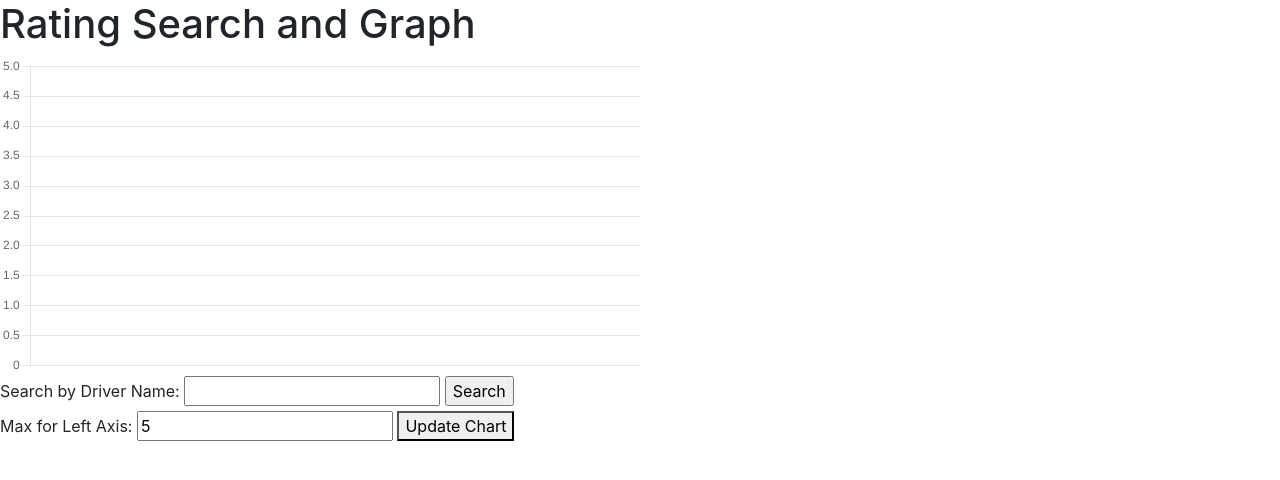
Repository: adrcstro/TrackingManagement
Page: http://localhost/tcpdf/Loginsystem/fetchdata.php
An editor plug-in stored every save of this project. The page is shown before and after the next save, followed by the edit.
The browser window is 1280 px wide. The pictures show the whole page.
Some web libraries are served in a nearby version. The page is run by PHP 8.4 with error messages shown; the project is at /var/www/html/. Queries for data that is not in the repository find no rows.

Above is the page before, as saved 2023-11-24 18:30:49.
Console error: TypeError: Cannot read properties of null (reading 'addEventListener')

### Loginsystem/fetchdata.php
<!DOCTYPE html>
<html lang="en">
<head>
    <meta charset="UTF-8">
    <meta name="viewport" content="width=device-width, initial-scale=1.0">
    <link href="https://maxcdn.bootstrapcdn.com/bootstrap/4.5.2/css/bootstrap.min.css" rel="stylesheet">
    <link href="https://cdnjs.cloudflare.com/ajax/libs/font-awesome/5.15.1/css/all.min.css" rel="stylesheet"> <!-- Font Awesome -->
    <script src="https://cdn.jsdelivr.net/npm/chart.js"></script>

    <style>
        .card {
            transition: transform 0.3s;
            position: relative;
            box-shadow: 0 4px 8px rgba(0, 0, 0, 0.1);
            height: 100%;
        }

        .card:hover {
            transform: scale(1.05);
            box-shadow: 0 8px 16px rgba(0, 0, 0, 0.2);
        }

        .card-img-top {
            object-fit: cover;
            height: 250px;
            width: 100%;
        }

        .card-body {
            padding-bottom: 40px; /* Adjust padding to accommodate the button */
        }

        .card-title {
            height: -3rem; /* Limit the height of the title */
            overflow: hidden;
        }

        .card-text {
            max-height: 6rem; /* Limit the height of the description */
            overflow: hidden;
        }

        .read-more-modal {
            max-width: 800px; /* Adjust the width of the modal */
        }
    </style>
    <title>News and Events</title>
</head>
<body>


<h1>Rating Search and Graph</h1>
<div style="width: 50%;">
    <canvas id="myChart"></canvas>
</div>

<form method="post" action="">
    <label for="search">Search by Driver Name:</label>
    <input type="text" name="search" id="search">
    <input type="submit" value="Search">

</form>



<!-- Input field for max value of left axis -->
<label for="maxLeft">Max for Left Axis:</label>
<input type="number" name="maxLeft" id="maxLeft" value="5">

<button onclick="updateChart()">Update Chart</button>


<?php
// Connect to your database
$servername = "localhost"; // Replace with your server name
$username = "root"; // Replace with your username
$password = ""; // Replace with your password
$dbname = "plate-to-place-v-tracking";

$conn = new mysqli($servername, $username, $password, $dbname);

// Check connection
if ($conn->connect_error) {
    die("Connection failed: " . $conn->connect_error);
}

// Function to fetch data from the rating table based on the search term
function fetchData($conn, $searchTerm) {
    $sql = "SELECT DriverName, Rate FROM rating WHERE DriverName LIKE '%$searchTerm%'";
    $result = $conn->query($sql);

    $data = array();
    if ($result->num_rows > 0) {
        while ($row = $result->fetch_assoc()) {
            $data[] = $row;
        }
    }

    return $data;
}

// Process search form submission
if ($_SERVER["REQUEST_METHOD"] == "POST") {
    $searchTerm = $_POST["search"];
    $data = fetchData($conn, $searchTerm);
} else {
    // If no search term, initialize with an empty array
    $data = array();
}

// Close the database connection
$conn->close();
?>

<script>
// Prepare data for Chart.js
var data = <?php echo json_encode($data); ?>;

// Create an object to count the occurrences of each rating for each driverName
var ratingCounts = {};

data.forEach(function(item) {
    var driverName = item.DriverName;
    var rate = item.Rate;

    // Initialize the count for the driverName if not already present
    if (!ratingCounts[driverName]) {
        ratingCounts[driverName] = [0, 0, 0, 0, 0]; // Index 0 represents rating 1, index 4 represents rating 5
    }

    // Increment the count for the corresponding rating
    ratingCounts[driverName][rate - 1]++;
});

// Prepare labels and data for the chart
var labels = Object.keys(ratingCounts);
var datasets = [];

// Iterate through each driverName and create a dataset for the bar graph
labels.forEach(function(driverName) {
    var counts = ratingCounts[driverName];

    datasets.push({
        label: driverName,
        data: counts,
        backgroundColor: getRandomColor(), // Function to get a random color for each driverName
        borderColor: 'rgba(75, 192, 192, 1)',
        borderWidth: 1
    });
});

// Default max value for left axis
var maxLeft = 5;

// Declare myChart outside the function
var myChart;

// Draw the initial bar chart
drawChart();

// Function to draw or update the bar chart
function drawChart() {
    var ctx = document.getElementById('myChart').getContext('2d');
    myChart = new Chart(ctx, {
        type: 'bar',
        data: {
            labels: ['Unsatisfactory/Very Poor', 'Poor', 'Satisfactory/Fair', 'Good', 'Excellent'], // Ratings 1 to 5
            datasets: datasets
        },
        options: {
            scales: {
                y: {
                    beginAtZero: true,
                    stepSize: 1,
                    max: maxLeft
                }
            }
        }
    });
}

// Function to generate a random color
function getRandomColor() {
    var letters = '0123456789ABCDEF';
    var color = '#';
    for (var i = 0; i < 6; i++) {
        color += letters[Math.floor(Math.random() * 16)];
    }
    return color;
}

// Function to update the chart based on user input
function updateChart() {
    // Get value from input field
    maxLeft = parseInt(document.getElementById('maxLeft').value);

    // Destroy the existing chart and redraw with updated options
    myChart.destroy();
    drawChart();
}
</script>









<div class="container mt-5 mb-5">
    <div class="row">
    <?php
        // Replace these with your actual database connection details
        $host = "localhost";
        $username = "root";
        $password = "";
        $database = "plate-to-place-v-tracking";

        // Create a database connection
        $your_db_connection = mysqli_connect($host, $username, $password, $database);

        // Check the connection
        if (!$your_db_connection) {
            die("Connection failed: " . mysqli_connect_error());
        }

        // Fetch data from the "newsandevents" table
        $query = "SELECT id, Username, Age, Password, PermittoOperate,PhoneNumber,HomeAddress FROM driverstbl";
        $result = mysqli_query($your_db_connection, $query);

        // Check if the query was successful
        if ($result) {
            // Fetch data row by row
            while ($row = mysqli_fetch_assoc($result)) {
                $drivername = $row['Username'];
                $ViehicleNumber = $row['Age'];
                $PlateNumber = $row['Password'];
                $image = $row['PermittoOperate'];
                $phone = $row['PhoneNumber'];
                $home = $row['HomeAddress'];

                // Display data in Bootstrap cards
                echo '<div class="col-md-4 mb-5">';
                echo '<div class="card">';
                echo '<img src="uploads/' . $image . '" class="card-img-top" alt="Card Image">';
                echo '<div class="card-body text-center">';

                // Displaying the driver information
                // Existing code

echo '<h6 class="card-title">Drivers Name: <span style="font-weight:normal;">' . $drivername . '</span></h6>';
echo '<h6 class="card-title">Vehicle Number: <span style="font-weight:normal;">' . $ViehicleNumber . '</span></h6>';
echo '<h6 class="card-title">Plate Number: <span style="font-weight:normal;">' . $PlateNumber . '</span></h6>';
echo '<h6 class="card-title">Phone Number: <span style="font-weight:normal;">' . $phone . '</span></h6>';
echo '<h6 class="card-title">Home Address: <span style="font-weight:normal;">' . $home . '</span></h6>';
                echo '</div>';
                echo '</div>';
                echo '</div>';
            }

            // Free result set
            mysqli_free_result($result);
        } else {
            // Handle the error if the query fails
            echo "Error: " . mysqli_error($your_db_connection);
        }

        // Close the database connection
        mysqli_close($your_db_connection);
    ?>
    </div>
</div>

<script src="https://code.jquery.com/jquery-3.5.1.slim.min.js"></script>
<script src="https://cdn.jsdelivr.net/npm/@popperjs/core@2.5.3/dist/umd/popper.min.js"></script>
<script src="https://maxcdn.bootstrapcdn.com/bootstrap/4.5.2/js/bootstrap.min.js"></script>
<script src="https://kit.fontawesome.com/your-font-awesome-kit-id.js" crossorigin="anonymous"></script>









<script>
    // Initialize Bootstrap tooltips
    $(function () {
        $('[data-toggle="tooltip"]').tooltip();
    });
</script>

<script>
    document.addEventListener("DOMContentLoaded", function() {
        const searchInput = document.getElementById("SearchDriver");
        const searchResults = document.getElementById("searchResults");

        searchInput.addEventListener("input", function() {
            const searchText = searchInput.value.toLowerCase();
            if (searchText.length > 0) {
                fetch(`fetchdatadetails.php?search=${searchText}`)
                    .then(response => response.text())
                    .then(data => {
                        searchResults.innerHTML = data;
                    })
                    .catch(error => {
                        console.error('Error:', error);
                    });
            } else {
                searchResults.innerHTML = "";
            }
        });
    });
</script>
</body>
</html>

After the next save:
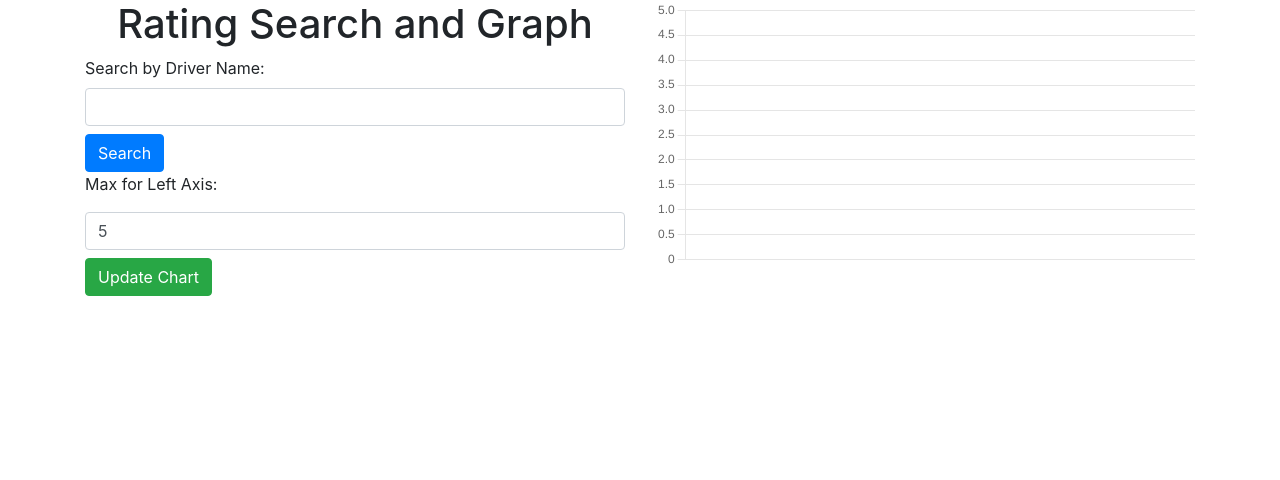
Saved 2 min 26 s later.
--- a/Loginsystem/fetchdata.php
+++ b/Loginsystem/fetchdata.php
@@ -49,27 +49,39 @@
 <body>
 
 
-<h1>Rating Search and Graph</h1>
-<div style="width: 50%;">
-    <canvas id="myChart"></canvas>
-</div>
-
-<form method="post" action="">
-    <label for="search">Search by Driver Name:</label>
-    <input type="text" name="search" id="search">
-    <input type="submit" value="Search">
-
-</form>
-
-
-
-<!-- Input field for max value of left axis -->
-<label for="maxLeft">Max for Left Axis:</label>
-<input type="number" name="maxLeft" id="maxLeft" value="5">
-
-<button onclick="updateChart()">Update Chart</button>
-
-
+<div class="container">
+        <div class="row">
+            <div class="col-md-6">
+                <h1 class="text-center">Rating Search and Graph</h1>
+
+                <form method="post" action="">
+                    <label for="search">Search by Driver Name:</label>
+                    <input type="text" name="search" id="search" class="form-control">
+                    <input type="submit" value="Search" class="btn btn-primary mt-2">
+                </form>
+
+                <!-- Input field for max value of left axis -->
+                <label for="maxLeft">Max for Left Axis:</label>
+                <input type="number" name="maxLeft" id="maxLeft" value="5" class="form-control mt-2">
+
+                <button onclick="updateChart()" class="btn btn-success mt-2">Update Chart</button>
+            </div>
+
+            <div class="col-md-6">
+                <div style="width: 100%;">
+                    <canvas id="myChart"></canvas>
+                </div>
+            </div>
+        </div>
+    </div>
+
+
+<script>
+        // Add your custom scripts here
+        function updateChart() {
+            // Your chart update logic
+        }
+    </script>
 <?php
 // Connect to your database
 $servername = "localhost"; // Replace with your server name
